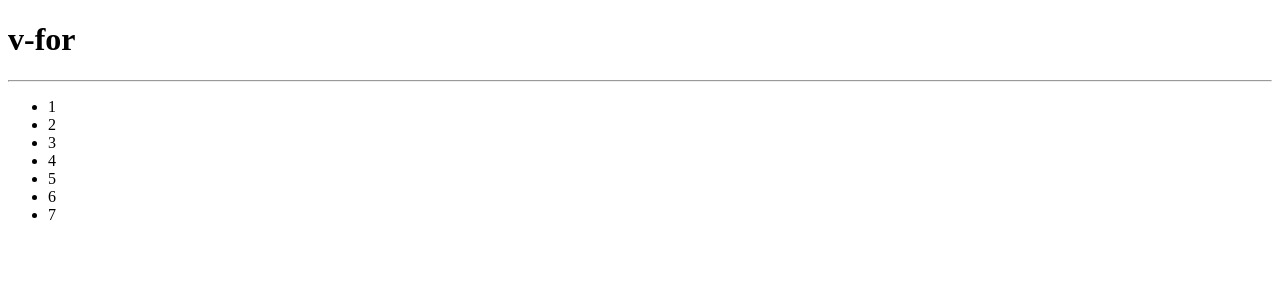
Repository: 13982720426/vue2.0-LearningNotes
Page: example/v-for.html
The author's editor kept a copy of each file at every save. The page is drawn from the files as they stood at one save, then again after the next save.
The browser window is 1280 px wide. The pictures show the whole page.

Above is the page before, as saved 2021-06-17 15:35:57.

After the next save:
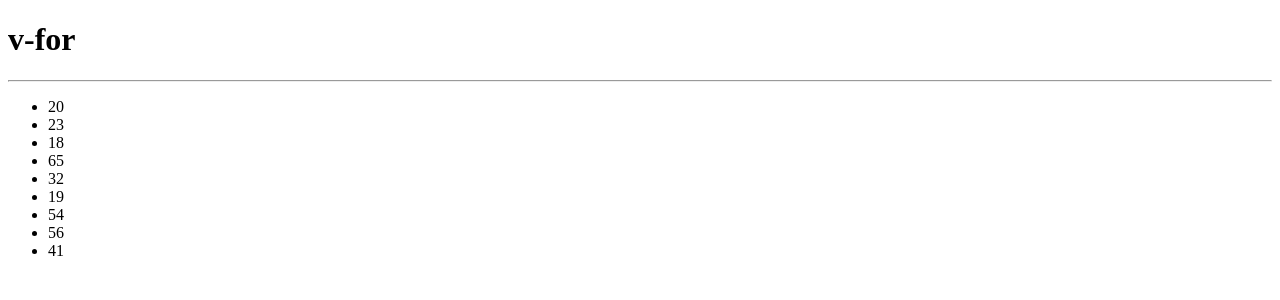
Saved 6 s later.
--- a/example/v-for.html
+++ b/example/v-for.html
@@ -18,9 +18,9 @@
     <script type="text/javascript">
       var app = new Vue({
         el: '#app',
-        // data: {
-        //   items: [20, 23, 18, 65, 32, 19, 54, 56, 41],
-        // },
+        data: {
+          items: [20, 23, 18, 65, 32, 19, 54, 56, 41],
+        },
         computed: {
           items: function () {
             return [1, 2, 3, 4, 5, 6, 7];
